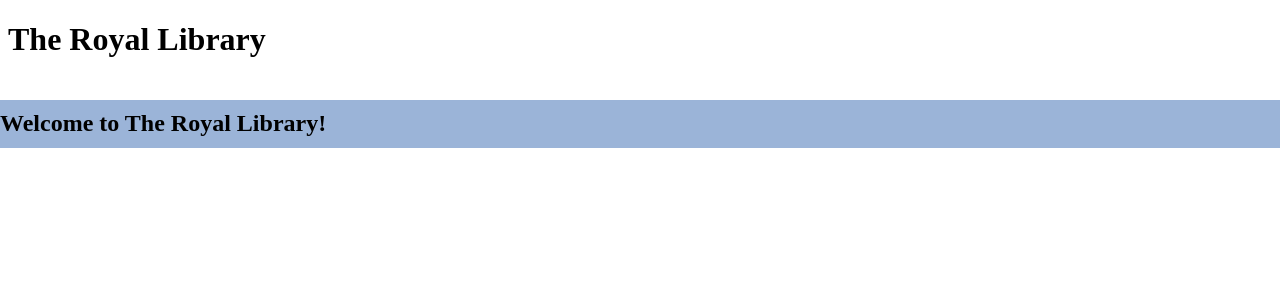
Repository: sedat-akdogan/royal_task
Page: / (app in angularapp/)
The author's editor kept a copy of each file at every save. The page is drawn from the files as they stood at one save, then again after the next save.
The browser window is 1280 px wide. The pictures show the whole page.
The page's requests for data from a server got no answer. The project was rebuilt for these pictures with package versions that can differ from the ones it lists, and the page was loaded fresh each time. No one was signed in, and anything a server would have sent is missing. Also part of the build but not shown: angularapp/angular.json, angularapp/src/app/data/data.component.ts.

Above is the page before, as saved 2023-07-03 04:57:11.

After the next save:
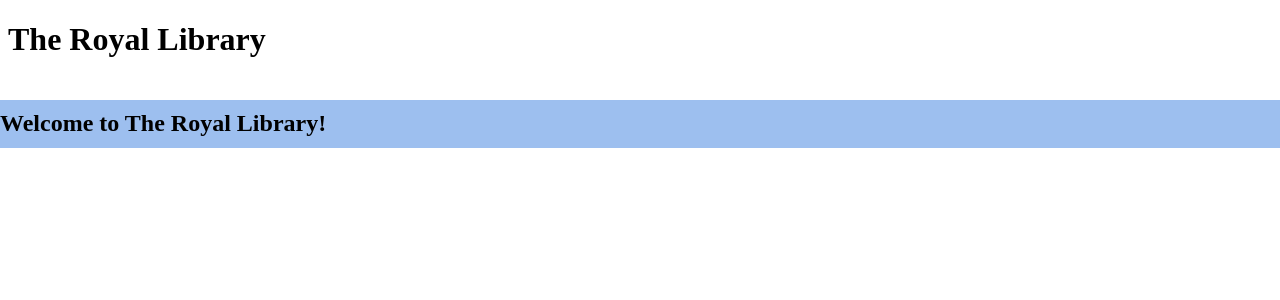
Saved 5 s later.
--- a/angularapp/src/app/app.component.css
+++ b/angularapp/src/app/app.component.css
@@ -1,6 +1,6 @@
 .h2 {
     width: 100%;
-    background-color: #9bb4d8;
+    background-color: #9dbfef;
     display: flex;
     justify-content: flex-start;
     align-items: center;
